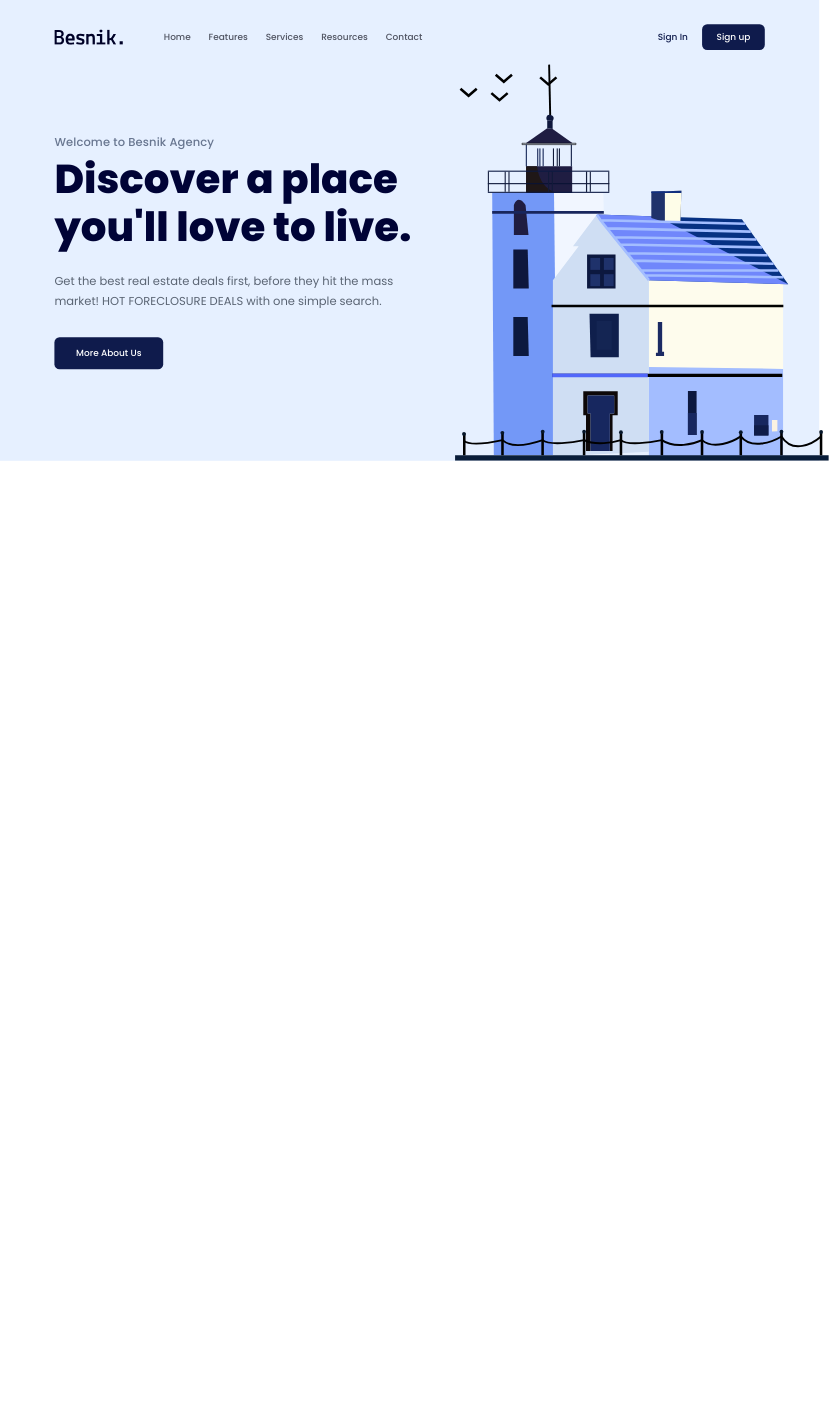
Repository: jessicapaa/F8-Project-01
Page: index.html
The author's editor kept a copy of each file at every save. The page is drawn from the files as they stood at one save, then again after the next save.
The browser window is 1280 px wide. The page is 1295 px wide, so the pictures cover 1295 px, including what lies to the right of the window. The pictures show the whole page, at 64% of full size.

Above is the page before, as saved 2024-03-08 09:05:55.

After the next save:
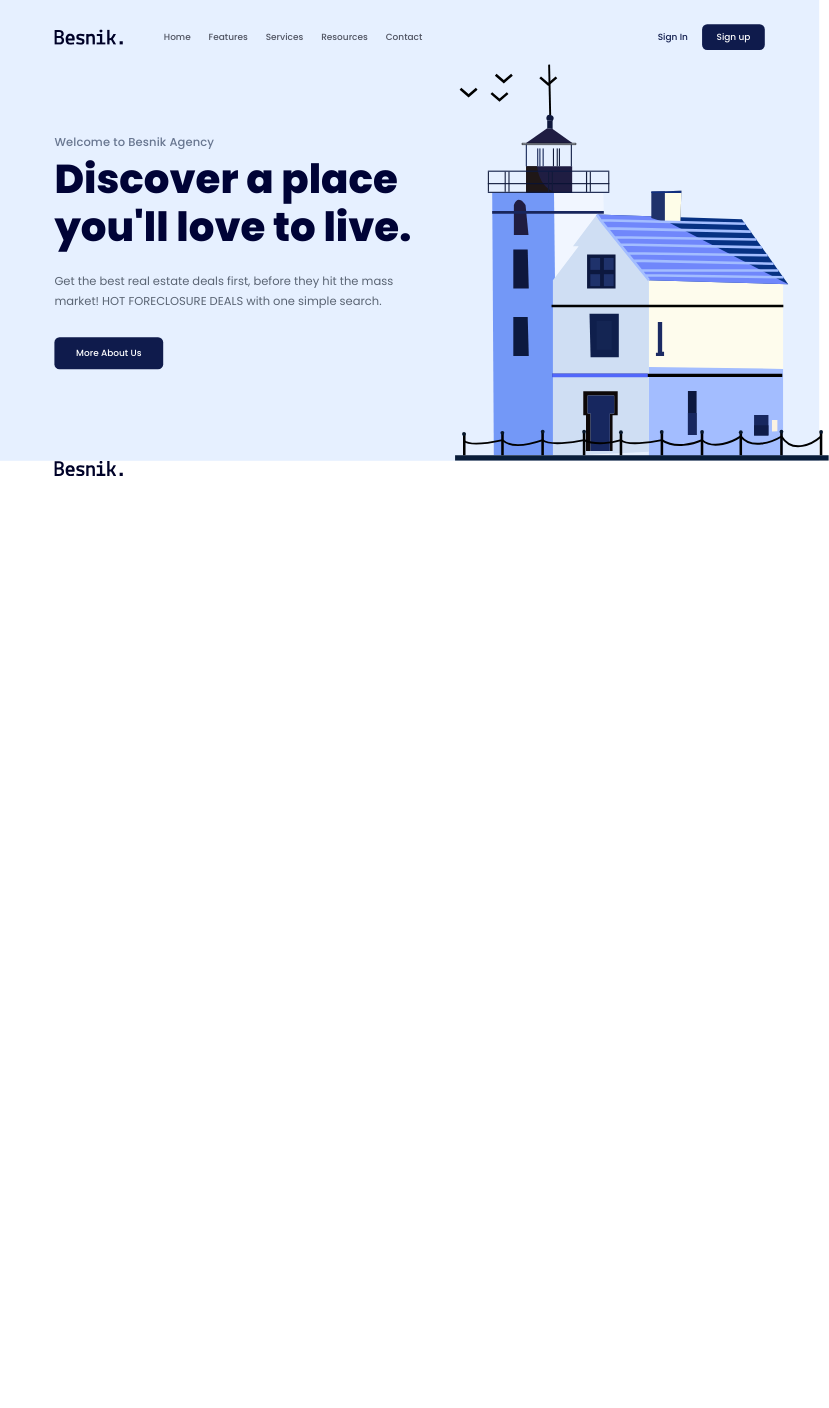
Saved 55 s later.
--- a/index.html
+++ b/index.html
@@ -55,7 +55,16 @@
         </header>
         <!-- Clients -->
         <div class="clients">
-            <div class="content"></div>
+            <div class="content">
+                <div class="row">
+                    <img src="./assets/img/logo.svg" alt="Besnik.">
+
+                    <!-- Stars -->
+                    <div class="stars">
+
+                    </div>
+                </div>
+            </div>
         </div>
     </main>
 </body>
